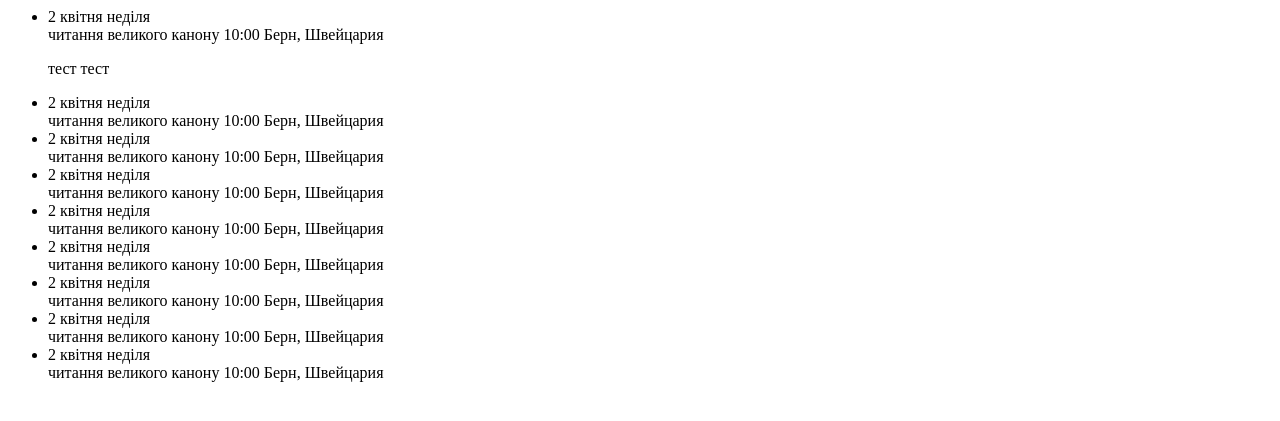
Repository: Gray-01/upcV5
Page: http://localhost/template-parts/schedule.php
The author's editor kept a copy of each file at every save. The page is drawn from the files as they stood at one save, then again after the next save.
The browser window is 1280 px wide. The pictures show the whole page.
The page is run by PHP 8.4 with error messages shown; the project is at /var/www/html/.

Above is the page before, as saved 2025-10-09 06:39:40.

After the next save:
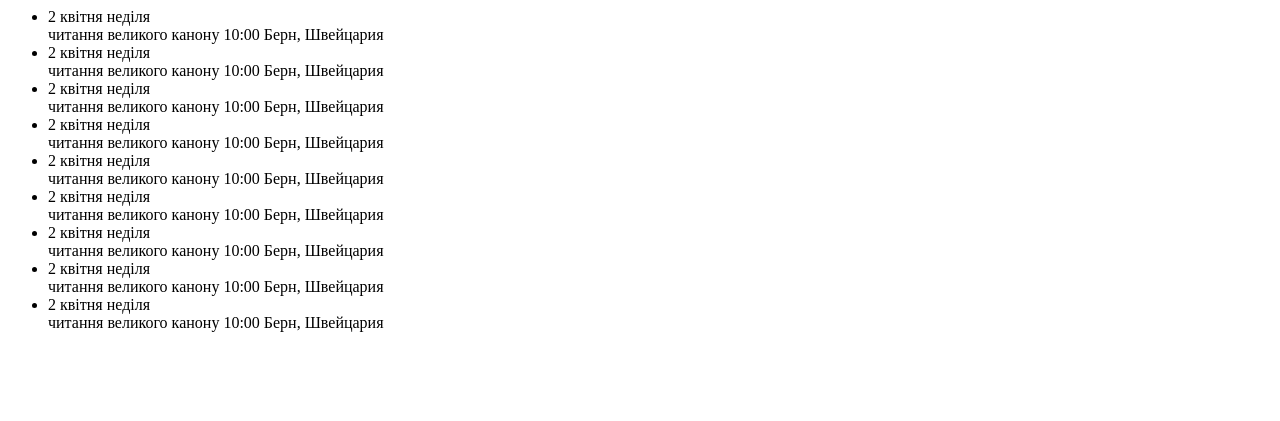
Saved 74 s later.
--- a/template-parts/schedule.php
+++ b/template-parts/schedule.php
@@ -26,7 +26,6 @@
           <span class="schedule__event">читання великого канону</span>
           <span class="schedule__time">10:00</span>
           <span class="schedule__place">Берн, Швейцария</span>
-          <p>тест тест</p>
           </li>
          </li>
                  <li class="schedule__item">
